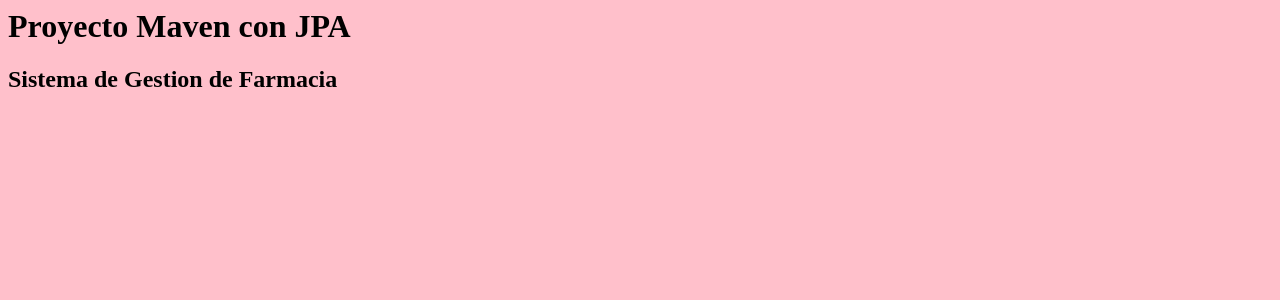
Repository: EDY-H-bot/EDY-H-bot
Page: http://localhost/ProyectoJPAMavenMarNoche/
An editor plug-in stored every save of this project. The page is shown before and after the next save, followed by the edit.
The browser window is 1280 px wide. The pictures show the whole page.
The page is served by Tomcat 9.

Above is the page before, as saved 2024-09-25 01:51:47.

After the next save:
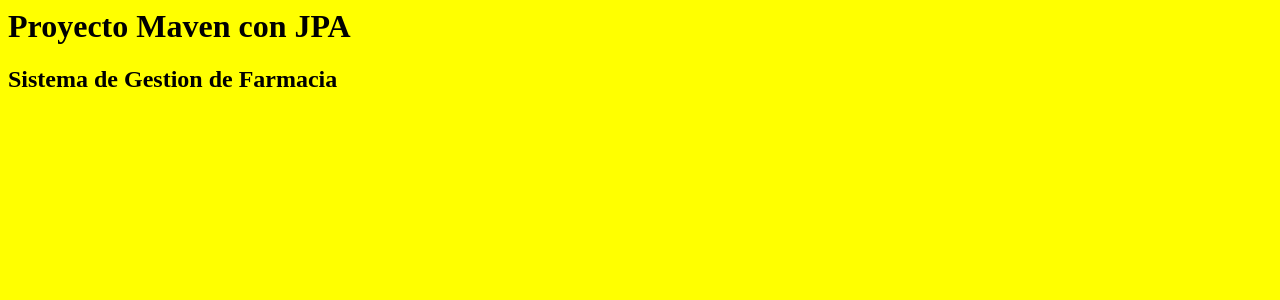
Saved 57 s later.
--- a/ProyectoJPAMavenMarNoche/src/main/webapp/index.jsp
+++ b/ProyectoJPAMavenMarNoche/src/main/webapp/index.jsp
@@ -1,5 +1,5 @@
 <html>
-<body bgcolor="pink">
+<body bgcolor="yellow">
 <h1>Proyecto Maven con JPA</h1>
 <h2>Sistema de Gestion de Farmacia</h2>
 </body>
